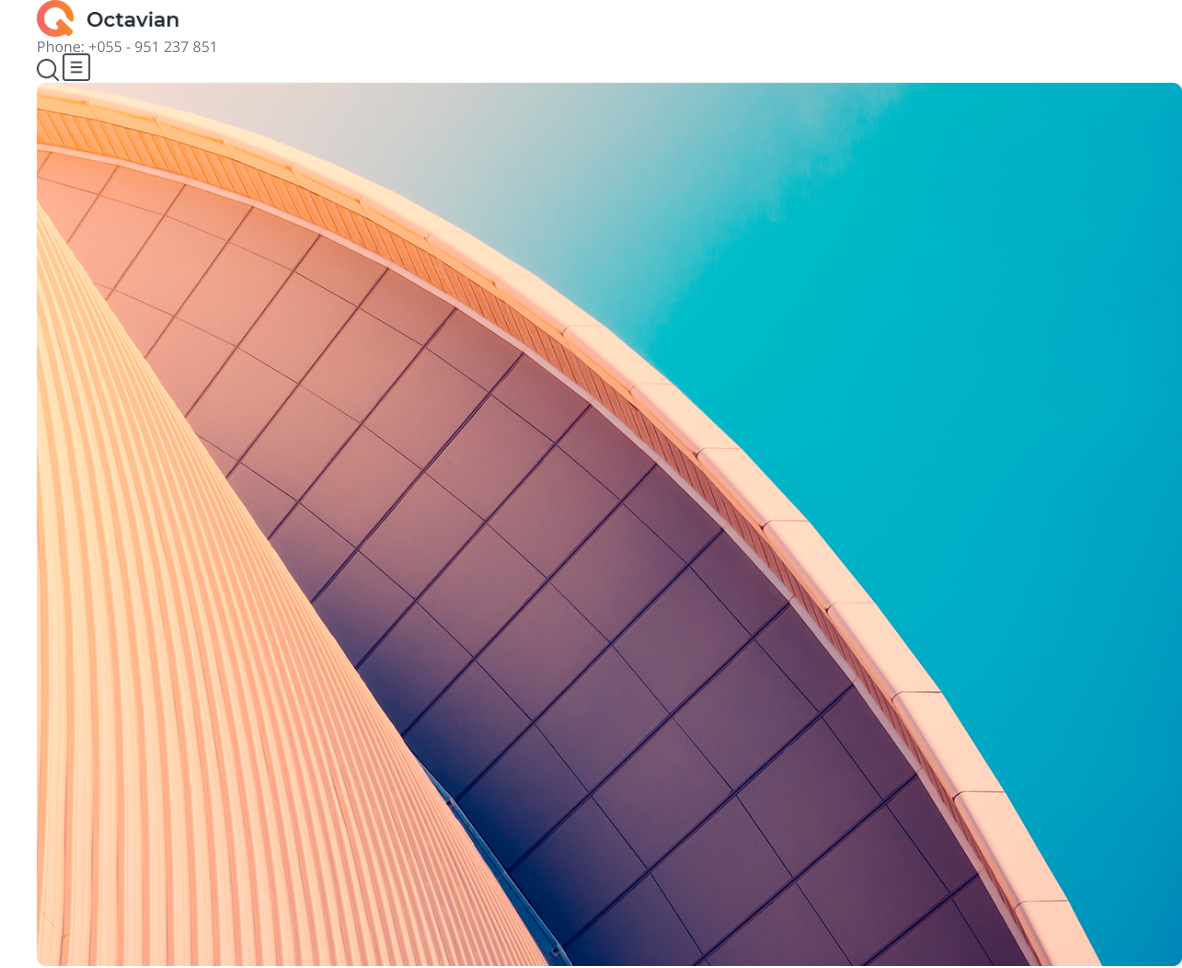
Repository: kate30980/LP-practiceoctavian
Page: index.html
An editor plug-in stored every save of this project. The page is shown before and after the next save, followed by the edit.
The browser window is 1280 px wide. The page is 1285 px wide, so the pictures cover 1285 px, including what lies to the right of the window. The pictures show the whole page, at 92% of full size.
The style sheet was rebuilt from its Sass, Less or Tailwind sources for each picture, by a compiler version that may differ from the author's.

Above is the page before, as saved 2021-08-25 08:43:48.

After the next save:
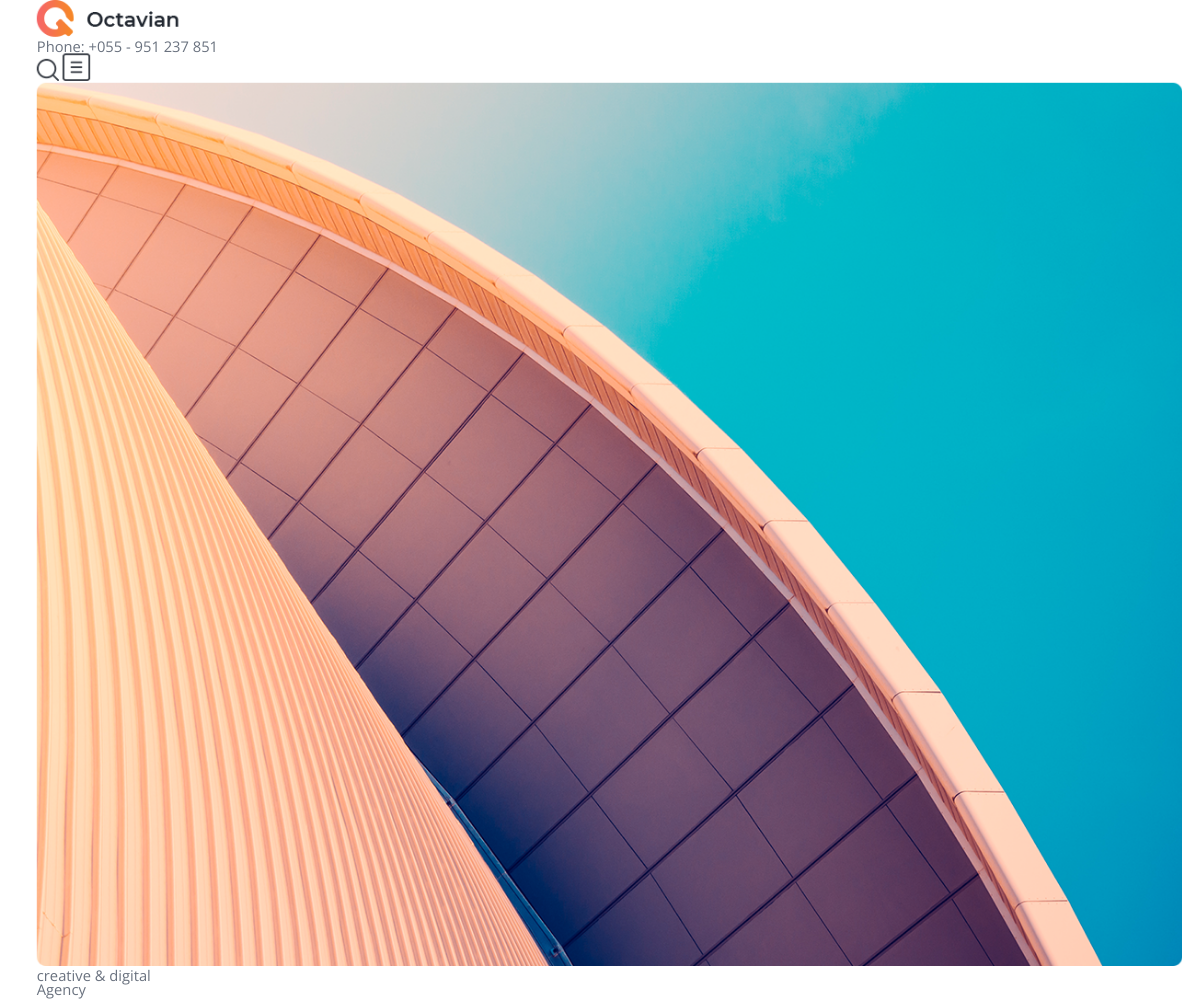
Saved 55 s later.
--- a/index.html
+++ b/index.html
@@ -33,7 +33,10 @@
         <section class="hero">
             <div class="container">
                 <img src="./images/img1.png" alt="img-header" class="hero-image">
-                <div class="hero-content"></div>
+                <div class="hero-content">
+                    <h2 class="hero-caption">creative & digital</h2>
+                    <h1 class="hero-heading">Agency</h1>
+                </div>
             </div>
         </section>
     </main>
